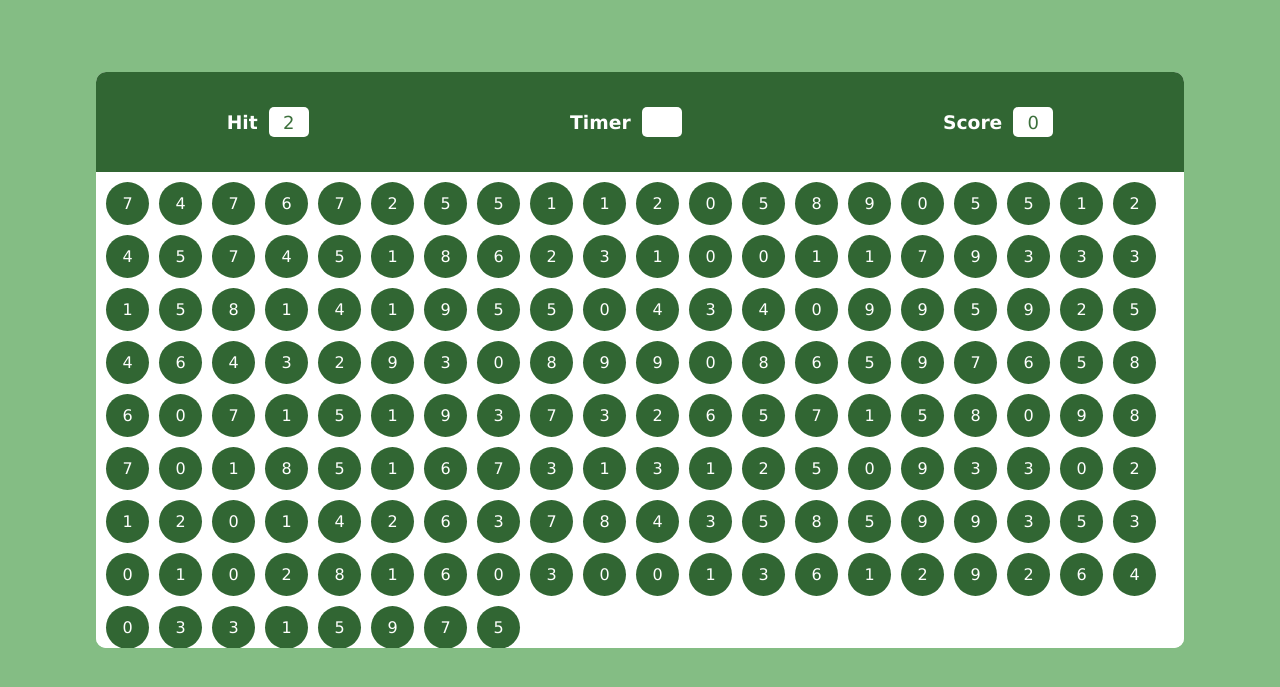
Repository: ketansharma22/BubbleGame
Page: index.html
These files come from the project's save history. The page is drawn as it stood at one moment and after a run of saves; the edit follows.
The browser window is 1280 px wide. The pictures show the whole page.

Above is the page before, as saved 2024-02-18 23:58:11.

### index.html
<!DOCTYPE html>
<html lang="en">
<head>
    <meta charset="UTF-8">
    <meta name="viewport" content="width=device-width, initial-scale=1.0">
    <title>BubbleGame</title>
    <link rel="stylesheet" href="styles.css">
</head>
<body>
    <div class="main">
        <div class="show">
            <div class="upper">
                <div class="hit" id="sameee">
                    <h3>Hit</h3>
                    <div class="box" id="hitt">0</div>
                </div>
                <div class="timer" id="sameee">
                    <h3>Timer</h3>
                    <div class="box" id="timerr"></div>
                </div>
                <div class="score" id="sameee">
                    <h3>Score</h3>
                    <div class="box" id="scoree">0  </div>
                </div>
            </div>

            <div class="lower" id="lower">

            </div>
        </div>
    </div>
    <script src="scripts.js"></script>
</body>
</html>

### styles.css
*{
    margin: 0;
    padding: 0;
    box-sizing: border-box;
    font-family:Verdana, Geneva, Tahoma, sans-serif
}
html,body{
    width: 100%;
    height: 100%;
}
.main{
    display: flex;
    justify-content: center;
    align-items: center;
    width: 100%;
    height: 100%;
    background-color: rgb(132, 189, 132);
}
.show{
    width: 85%;
    height: 80%;
    background-color: #fff;
    border-radius: 10px;
    overflow: hidden;
}
.upper{
    width: 100%;
    height: 100px;
    background-color:rgb(49, 102, 51);
    color: white;
    display: flex;
    align-items: center;
    justify-content: space-around;
}
.box{
    width: 40px;
    background-color: white;
    color:rgb(60, 112, 60);
    display: flex;
    justify-content: center;
    align-items: center;
    height: 20px;
    border-radius: 5px;
    font-size: large;
    font-weight: 500;
    height: 30px;
}
#sameee{
    display: flex;
    gap: 11px;
    align-items: center;
}


.lower{
    width: 100%;
    height: calc(100% - 100px);
    background-color: white;
    display: flex;
    flex-wrap: wrap;
    gap: 10px;
    padding: 10px;
}
.bubble{
    width: 43px;
    background-color:rgb(49, 102, 51);
    color: white;
    height: 43px;
    border-radius: 50%;
    display: flex;
    justify-content: center;
    align-items: center;
    cursor: pointer;

}
.bubble:hover{
    background-color: rgb(14, 76, 14);
}

### scripts.js
var timer=60;
var score=0;
var hitnumber;

function generateBubble(){
    var a ="";
for(var i=1;i<169;i++){
        var val=Math.floor(Math.random()*10);
        a += `<div class="bubble">${val}</div>`;

}
document.querySelector("#lower").innerHTML = a;
}

function hitGenerate(){
    hitnumber = Math.floor(Math.random()*10);
    document.querySelector("#hitt").textContent= hitnumber ;
}

function timerStart(){
    setInterval(function(){
        if(timer>0){
            timer--;
            document.querySelector("#timerr").textContent= timer;
        }
    },1000)
}

function scoreInecrease(){
    score += 10 ;
    document.querySelector("#scoree").textContent= score;
}

generateBubble();
hitGenerate();
//timerStart();

var lo=document.querySelector("#lower");
lo.addEventListener('click', function(details){
    var clickedval = Number(details.target.textContent);
})

After the next 6 saves:
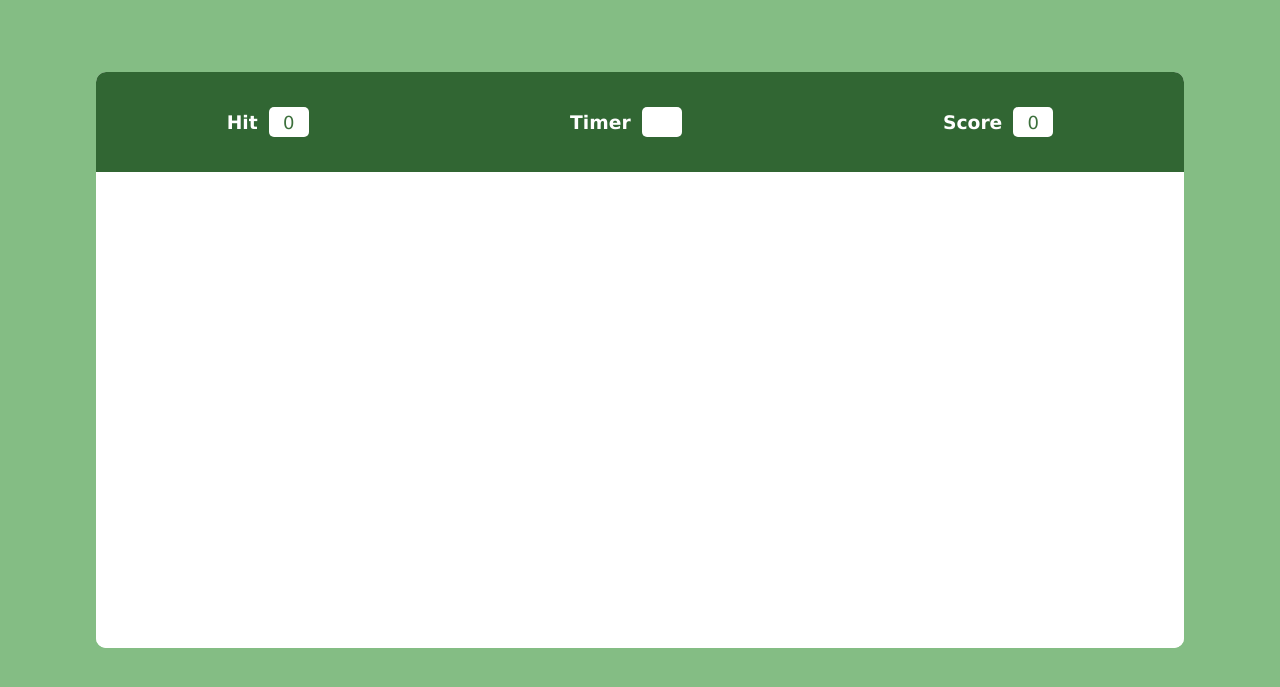
Console error: SyntaxError: Unexpected token '}'
The 6 saves are shown as one change because they came seconds apart.
The last was saved 22 s later.
--- a/scripts.js
+++ b/scripts.js
@@ -38,4 +38,5 @@
 var lo=document.querySelector("#lower");
 lo.addEventListener('click', function(details){
     var clickedval = Number(details.target.textContent);
+    if(clickedval===hitnumber)
 })

After the save that followed:
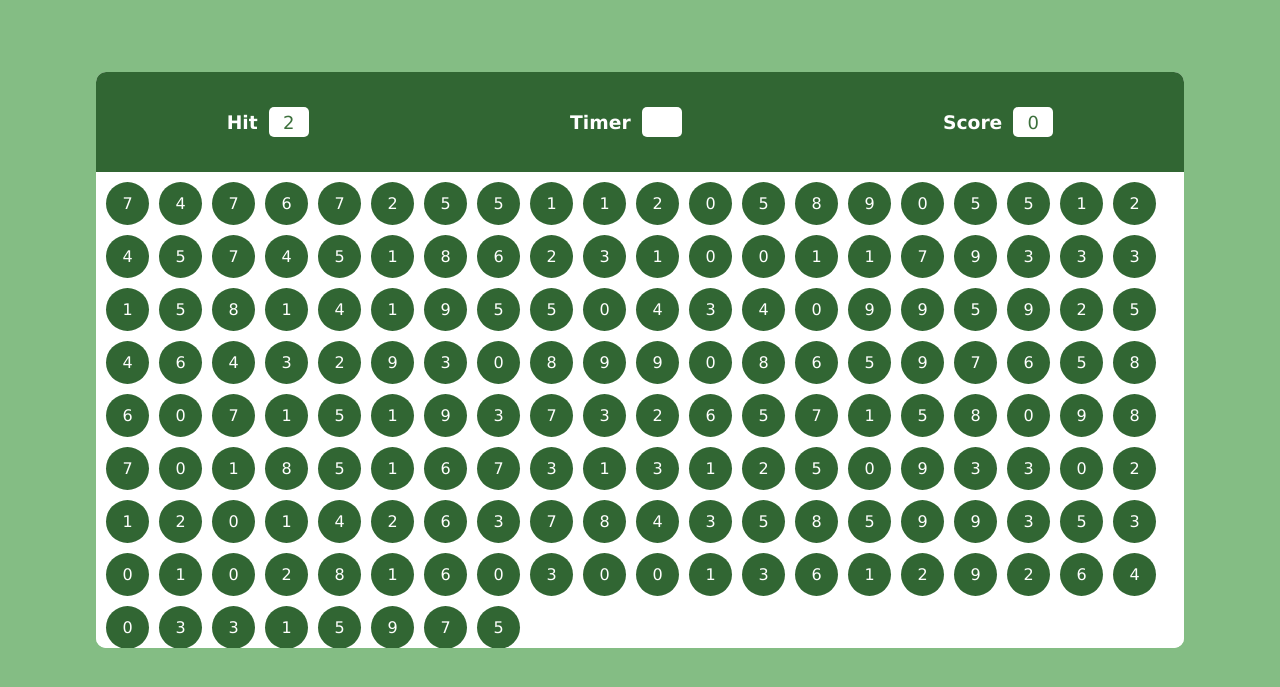
The error is gone.
Saved 4 s later.
--- a/scripts.js
+++ b/scripts.js
@@ -38,5 +38,7 @@
 var lo=document.querySelector("#lower");
 lo.addEventListener('click', function(details){
     var clickedval = Number(details.target.textContent);
-    if(clickedval===hitnumber)
+    if(clickedval===hitnumber){
+
+    }
 })
